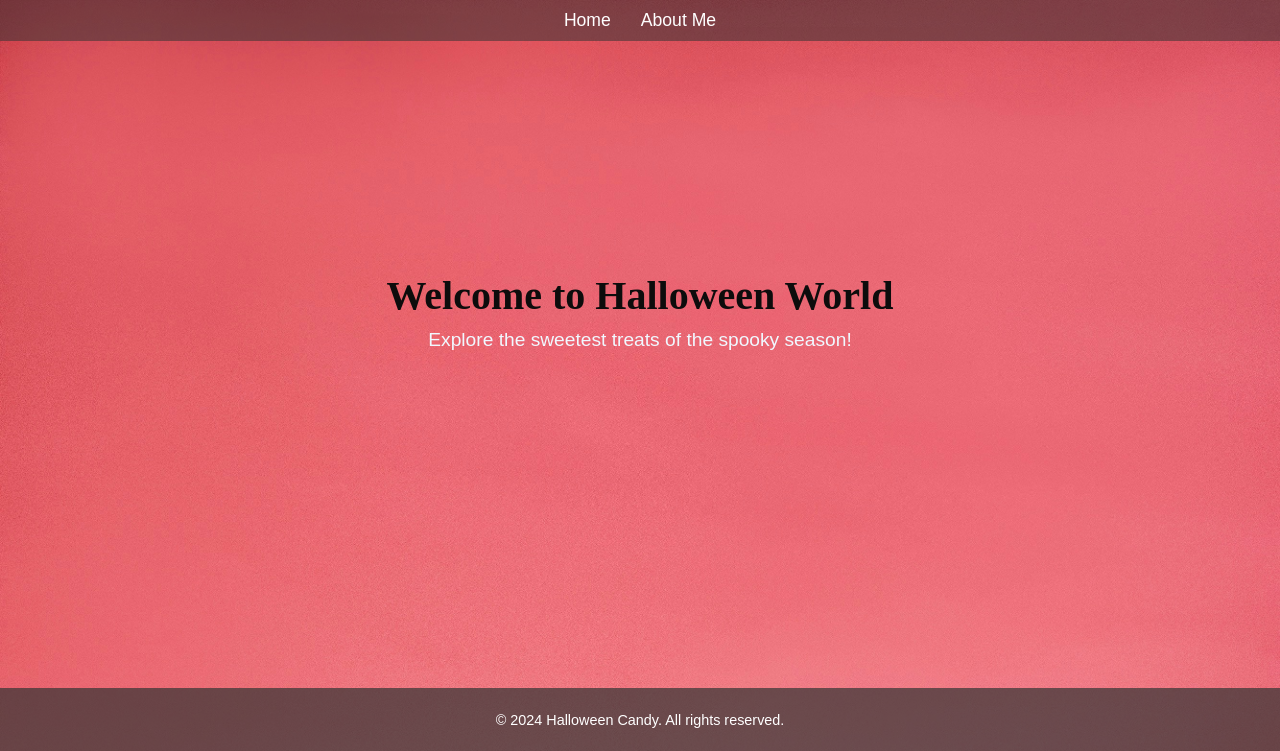
Repository: monicaifijeh/test2
Page: kyportfolio/src/indexHallo.html
These files come from the project's save history. The page is drawn as it stood at one moment and after the next save; the edit follows.
The browser window is 1280 px wide. The pictures show the whole page.

Above is the page before, as saved 2024-12-21 20:29:06.

### kyportfolio/src/indexHallo.html
<!DOCTYPE html>
<html lang="en">
  <head>
    <meta charset="UTF-8" />
    <meta name="viewport" content="width=device-width, initial-scale=1.0" />
    <title>Halloween Candy</title>
    <link rel="stylesheet" href="kystyle.css" />
  </head>
  <body>
    <nav>
      <ul>
        <li><a href="indexHallo.html">Home</a></li>
        <li><a href="aboutHallo.html">About Me</a></li>
      </ul>
    </nav>
    <header>
      <h1>Welcome to Halloween World</h1>
      <p>Explore the sweetest treats of the spooky season!</p>
    </header>
    <!--
    <main>
      <section class="intro">
        <h2>Our Top Candies</h2>
        <p>
          Discover a wide range of Halloween candies from chocolates to gummies.
        </p>
      </section>
      <section class="intro">
        <h2>Spooky Specials</h2>
        <p>
          Limited-edition treats that will make your Halloween unforgettable!
        </p>
      </section>
    </main>
    -->
    <footer>
      <p>&copy; 2024 Halloween Candy. All rights reserved.</p>
    </footer>
  </body>
</html>

### kyportfolio/src/kystyle.css
body {
    font-family: Arial, sans-serif;
    margin: 0;
    padding: 0;
background-image: url("kyportfolio/LotusImages/liliana-olivares-g56O5L0ZVmg-unsplash.jpg");
background-repeat: no-repeat;
background-size: cover;
}

header {
    text-align: center;
    padding: 20px;

}

header h1 {
    margin: 0;
    font-size: 2.5rem;
   color: #0d0c0c;
   font-family: fantasy;
   margin-top: 17%;
}
.intro{
    color: rgb(18, 18, 19);
    text-align: center;
}

header p {
    color: aliceblue;
    margin: 10px 0;
    font-size: 1.2rem;
}

nav ul {
    display: flex;
    justify-content: center;
    list-style: none;
    padding: 10px;
    background-color: #3333338a;
    margin: 0;
    position: sticky;
}

nav ul li {
    margin: 0 15px;
}

nav ul li a {
    text-decoration: none;
    color: #fff;
    font-size: 1.1rem;
}

nav ul li a:hover {
    text-decoration: underline;
}

main {
    padding: 20px;
    box-sizing: border-box;
    display: block;

}

section {
    margin-bottom: 20px;
}

footer {
    margin-top: 24%;
    text-align: center;
    padding: 10px;
    background-color: #333333b4;
    color: #fff;
    font-size: 0.9rem;
    position: sticky;

}

After the next save:
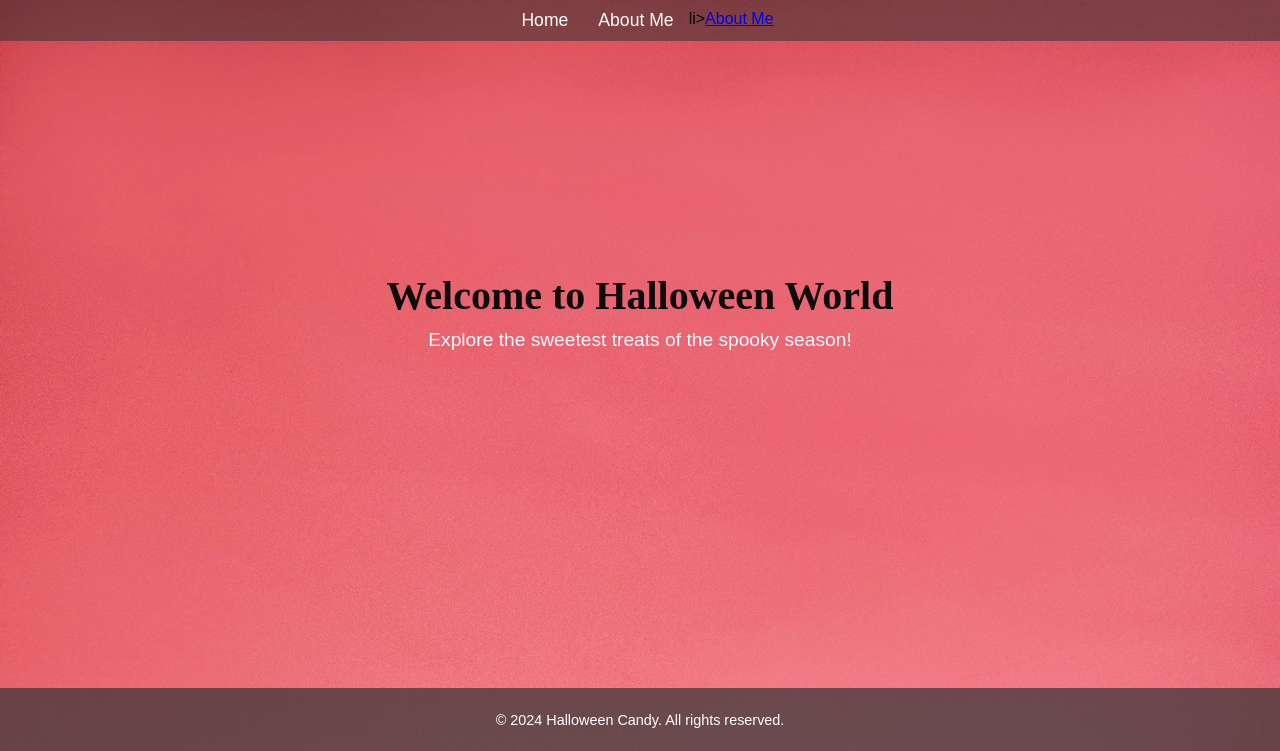
Saved 51 s later.
--- a/kyportfolio/src/indexHallo.html
+++ b/kyportfolio/src/indexHallo.html
@@ -11,6 +11,7 @@
       <ul>
         <li><a href="indexHallo.html">Home</a></li>
         <li><a href="aboutHallo.html">About Me</a></li>
+        li><a href="aboutHallo.html">About Me</a></li>
       </ul>
     </nav>
     <header>
